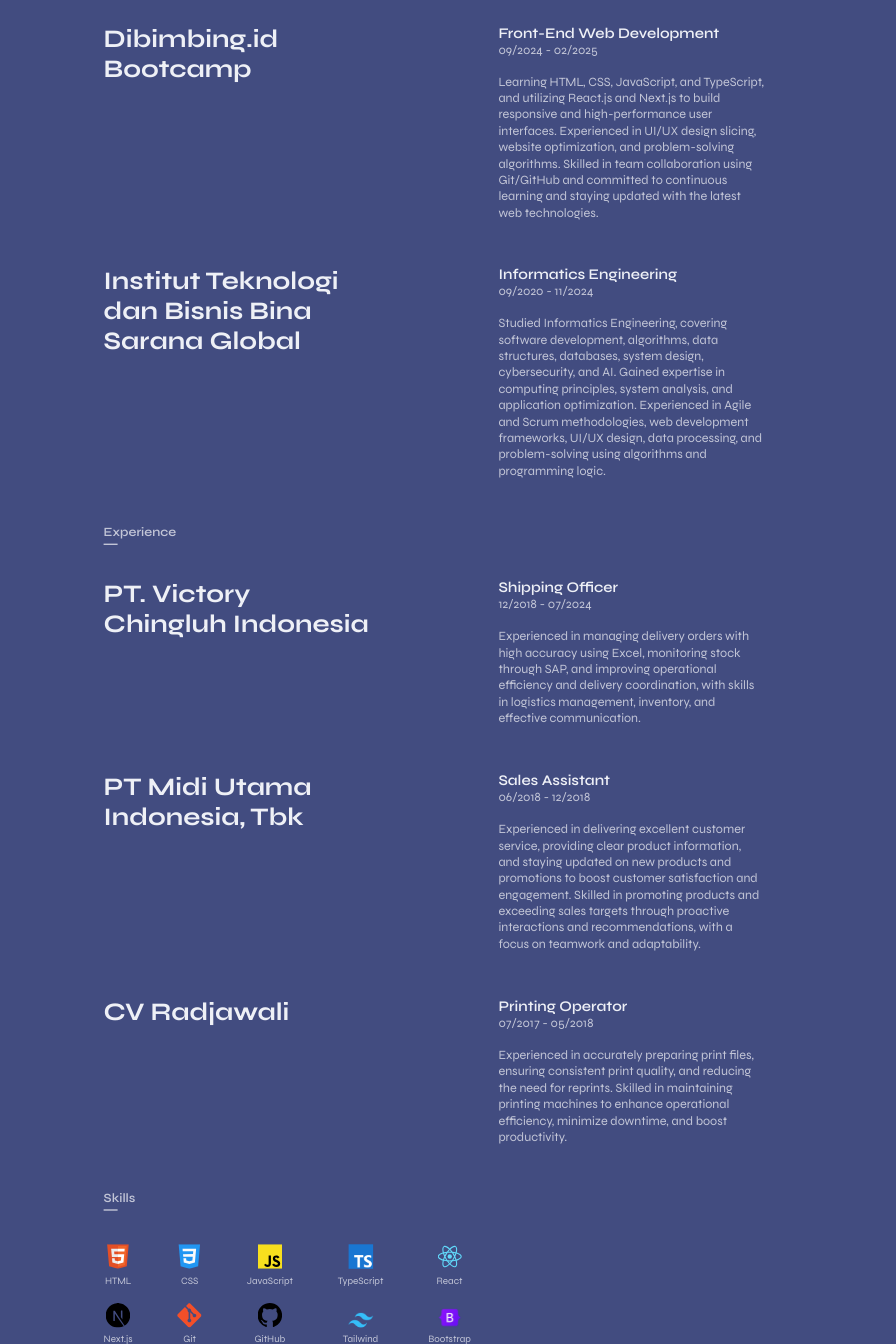
Repository: Ademaulana100499/amgrowth
Page: /
These files come from the project's save history. The page is drawn as it stood at one moment and after the next save; the edit follows.
The browser window is 1280 px wide. The pictures show the part of the page from y = 3951 to 5871 px (the page is 7757 px tall before and 7710 px after), at 70% of full size.
Some web fonts or font styles are not loaded; a fallback is used. The project was rebuilt for these pictures with package versions that can differ from the ones it lists, and the page was loaded fresh each time. Also part of the build but not shown: vite.config.js.

Above is the page before, as saved 2025-02-19 16:55:44.

### index.html
<!doctype html>
<html lang="en">
  <head>
    <meta charset="UTF-8" />
    <meta name="viewport" content="width=device-width, initial-scale=1.0" />
    <title>AMgrowth</title>
    <link rel="shortcut icon" href="/assets/img/Favicon.png" />
    <link
      href="https://cdn.jsdelivr.net/npm/remixicon/fonts/remixicon.css"
      rel="stylesheet"
    />

    <link
      rel="stylesheet"
      href="https://fonts.googleapis.com/css2?family=Kite+One&family=Oooh+Baby&family=Orelega+One&family=Poppins:ital,wght@0,100;0,200;0,300;0,400;0,500;0,600;0,700;0,800;0,900;1,100;1,200;1,300;1,400;1,500;1,600;1,700;1,800;1,900&family=Syne:wght@400..800&display=swap"
    />
  </head>
    <div id="root"></div>
    <script type="module" src="/src/main.jsx"></script>
    <script src="https://cdn.jsdelivr.net/npm/@emailjs/browser@4/dist/email.min.js"></script>
    <script src="https://unpkg.com/scrollreveal"></script>
  </body>
</html>

### src/App.jsx
import { Header } from "./components/Header";
import { Home } from "./components/Home";
import { Projects } from "./components/Projects";
import { Info } from "./components/Info";
import { Services } from "./components/Services";
import { Contact } from "./components/Contact";
import { Footer } from "./components/Footer";
import { Scroll } from "./components/Scroll";
import { Reveal } from "./components/Reveal";
function App() {
  const logo = {
    name: "AMgrowth",
    imageWhite: "/assets/img/Logo_White.png",
    imageBlack: "/assets/img/Logo_Black.png",
  };
  const navList = ["Home", "Projects", "My Info", "Services", "Contact Me"];
  const imageHome = "/assets/img/Photo.png";
  const imageInfo = "/assets/img/Photo2.png";
  const footerCopy = "© All rights reserved by Ade Maulana";
  const biodata = {
    firstName: "Ade",
    lastName: "Maulana",
    profession: "Front-End Developer",
    description:
      "With a strong passion for web development and a background in Informatics Engineering, I am transitioning into a career as a Front-End Web Developer. Skilled in HTML, CSS, JavaScript, TypeScript, React.js, and Next.js, I specialize in building responsive, high-performance, and user-friendly web applications. Experienced in UI/UX principles, state management, API integration, and website optimization, I am committed to continuous learning and delivering modern, efficient web solutions",
    cv: "/assets/pdf/CV Ade Maulana.pdf",
  };
  const projects = [
    {
      id: 1,
      title: "TandingLapang",
      description:
        "Final Project - Dibimbing Bootcamp: Tanding Lapang is a platform designed to simplify the search for sparring partners and the organization of sparring events across various sports. Built using HTML, CSS, JavaScript, Tailwind CSS, React.js, and Next.js, this project connects athletes and sports enthusiasts with sparring partners based on location and sport type. It also provides organizers with an efficient way to create and manage sparring events, ensuring a seamless experience.",
      image: "/assets/img/tandinglapang.jpg",
      link: "https://tandinglapang.vercel.app",
    },
    {
      id: 2,
      title: "Foodies",
      description:
        "Mini Project - Dibimbing Bootcamp: Foodies is a recipe website that implements CRUD functionality (Create, Read, Update, Delete) using Next.js, TypeScript, Tailwind CSS, HTML, and CSS. This project features API integration, user authentication, and server-side rendering (SSR) to enhance performance, SEO, and user experience. Users can browse, add, edit, and delete recipes easily, making it an interactive and dynamic platform for food enthusiasts.",
      image: "/assets/img/foodies.jpg",
      link: "https://foodies-delta.vercel.app",
    },
    {
      id: 3,
      title: "PeopleList",
      description:
        "Mini Project - Dibimbing Bootcamp: Peoplelist is a responsive web platform that displays a list of users using React.js and the Reqres API. Built with HTML, CSS, JavaScript, Tailwind CSS, and REST APIs, it features user registration & login, paginated user listings, and protected routes for enhanced security. This project ensures a seamless user experience while demonstrating authentication and data fetching capabilities.",
      image: "/assets/img/peoplelist.jpg",
      link: "https://peoplelist-liard.vercel.app",
    },
    {
      id: 4,
      title: "Aroma Hati",
      description:
        "Mini Project - Dibimbing Bootcamp: Aroma Hati is a promotional website designed to help local cafés establish a strong online presence. Built using HTML, CSS, and Tailwind CSS, it provides a fully responsive layout and visually appealing design to enhance branding. This platform enables cafés to showcase their menus, locations, and unique offerings, making it easier for customers to discover, explore, and connect with their favorite spots.",
      image: "/assets/img/aromahati.jpg",
      link: "https://ademaulana100499.github.io/miniprojectcaffe/index.html",
    },
    {
      id: 5,
      title: "User Dashboard",
      description:
        "Mini Project - Dibimbing Bootcamp: User Dashboard is a web application that provides an interactive interface for managing and displaying user data efficiently. Built using modern web technologies, it features keyword search, gender-based filtering, pagination, sortable table columns, and API fetching to ensure a seamless data management experience. This project enhances usability by allowing users to navigate and interact with data dynamically.",
      image: "/assets/img/userdashboard.jpg",
      link: "https://userdashboard-two.vercel.app",
    },
  ];
  const experience = [
    {
      id: 1,
      company: "PT. Victory Chingluh Indonesia",
      profession: "Shipping Officer",
      date: "12/2018 - 07/2024",
      description:
        "Experienced in managing delivery orders with high accuracy using Excel, monitoring stock through SAP, and improving operational efficiency and delivery coordination, with skills in logistics management, inventory, and effective communication.",
    },
    {
      id: 2,
      company: "PT Midi Utama Indonesia, Tbk",
      profession: "Sales Assistant",
      date: "06/2018 - 12/2018",
      description:
        "Experienced in delivering excellent customer service, providing clear product information, and staying updated on new products and promotions to boost customer satisfaction and engagement. Skilled in promoting products and exceeding sales targets through proactive interactions and recommendations, with a focus on teamwork and adaptability.",
    },
    {
      id: 3,
      company: "CV Radjawali",
      profession: "Printing Operator",
      date: "07/2017 - 05/2018",
      description:
        "Experienced in accurately preparing print files, ensuring consistent print quality, and reducing the need for reprints. Skilled in maintaining printing machines to enhance operational efficiency, minimize downtime, and boost productivity.",
    },
  ];
  const education = [
    {
      id: 1,
      university: "Dibimbing.id Bootcamp",
      major: "Front-End Web Development",
      date: "09/2024 - 02/2025",
      description:
        "Learning HTML, CSS, JavaScript, and TypeScript, and utilizing React.js and Next.js to build responsive and high-performance user interfaces. Experienced in UI/UX design slicing, website optimization, and problem-solving algorithms. Skilled in team collaboration using Git/GitHub and committed to continuous learning and staying updated with the latest web technologies.",
    },
    {
      id: 2,
      university: "Institut Teknologi dan Bisnis Bina Sarana Global",
      major: "Informatics Engineering",
      date: "09/2020 - 11/2024",
      description:
        "Studied Informatics Engineering, covering software development, algorithms, data structures, databases, system design, cybersecurity, and AI. Gained expertise in computing principles, system analysis, and application optimization. Experienced in Agile and Scrum methodologies, web development frameworks, UI/UX design, data processing, and problem-solving using algorithms and programming logic.",
    },
  ];
  const skills = [
    {
      id: 1,
      skill: "HTML",
      image: "/assets/img/html.svg",
    },
    {
      id: 2,
      skill: "CSS",
      image: "/assets/img/css.svg",
    },
    {
      id: 3,
      skill: "JavaScript",
      image: "/assets/img/javascript.svg",
    },
    {
      id: 4,
      skill: "TypeScript",
      image: "/assets/img/typescript.png",
    },
    {
      id: 4,
      skill: "React",
      image: "/assets/img/react.svg",
    },
    {
      id: 5,
      skill: "Next.js",
      image: "/assets/img/nextjs.svg",
    },
    {
      id: 6,
      skill: "Git",
      image: "/assets/img/git.svg",
    },
    {
      id: 7,
      skill: "GitHub",
      image: "/assets/img/github.svg",
    },
    {
      id: 8,
      skill: "Tailwind",
      image: "/assets/img/tailwind.png",
    },
    {
      id: 9,
      skill: "Bootstrap",
      image: "/assets/img/bootstrap.png",
    },
    {
      id: 10,
      skill: "Figma",
      image: "/assets/img/figma.svg",
    },
  ];

  const services = [
    {
      id: 1,
      title: "Web Development",
      icon: "ri-code-s-slash-line",
      description:
        "Building functional, secure, and user-friendly websites with features tailored to user needs.",
    },
    {
      id: 2,
      title: "Web Design",
      icon: "ri-pencil-ruler-2-line",
      description:
        "Designing visually appealing and professional website layouts that reflect the brand identity and provide an engaging visual experience.",
    },
    {
      id: 3,
      title: "Responsive Web Design",
      icon: "ri-layout-2-line",
      description:
        "Creating responsive websites compatible across various devices, ensuring an optimal user experience on desktops, tablets, and smartphones.",
    },
  ];
  const socialMedia = [
    {
      id: 1,
      name: "github",
      icon: "ri-github-line",
      link: "https://github.com/Ademaulana100499",
    },
    {
      id: 2,
      name: "linkedin",
      icon: "ri-linkedin-box-line",
      link: "https://www.linkedin.com/in/ademaulana-/",
    },
    {
      id: 3,
      name: "instagram",
      icon: "ri-instagram-line",
      link: "https://www.instagram.com/ade_maulana._/",
    },
  ];

  return (
    <div>
      <Header logo={logo} navList={navList} />
      <main>
        <Home imageHome={imageHome} biodata={biodata} />
        <Projects projects={projects} />
        <Info
          imageInfo={imageInfo}
          biodata={biodata}
          experience={experience}
          skills={skills}
          education={education}
        />
        <Services services={services} />
        <Contact socialMedia={socialMedia} />
        <Footer navList={navList} footerCopy={footerCopy} />
      </main>
      <Scroll />
      <Reveal />
    </div>
  );
}

export default App;

### src/components/Home/index.jsx
import "./style.css";
export const Home = (props) => {
  const { imageHome, biodata } = props;
  return (
    <section className="home section" id="home">
      <div className="container grid home__container">
        <img
          id="image_home"
          src={imageHome}
          alt="image"
          className="home__img"
        />
        <div className="home__data">
          <h1 className="home__name">
            {biodata.firstName} <br /> {biodata.lastName}
          </h1>
          <h3 className="home__profession">{biodata.profession}</h3>
        </div>
        <a href="#projects" className="home__scroll">
          <div className="home__scroll-box">
            <i className="ri-arrow-down-line"></i>
          </div>
          <span className="home__scroll-text">Recent Project</span>
        </a>
      </div>
    </section>
  );
};

### src/components/Projects/index.jsx
import "./style.css";
export const Projects = (props) => {
  const { projects } = props;
  return (
    <section className="projects section" id="projects">
      <h2 className="section__title">RECENT PROJECT</h2>
      <div className="grid container projects__container">
        {projects.map((item) => (
          <article className="project__card" key={item.id}>
            <a
              href={item.link}
              target="_blank"
              className="project__overlay"
            ></a>
            <a href={item.link} target="_blank" className="project__link">
              <h2 className="project__title">{item.title}</h2>
              <p className="project__description">{item.description}</p>
              <img src={item.image} alt="image" className="project__img" />
              <i className="ri-arrow-right-line"> </i>
            </a>
          </article>
        ))}
      </div>
    </section>
  );
};

### src/components/Services/index.jsx
import "./style.css";
export const Services = (props) => {
  const { services } = props;
  return (
    <section className="services section" id="services">
      <h2 className="section__title">SERVICES</h2>
      <div className="container grid services__container">
        {services.map((item) => (
          <article className="services__card" key={item.id}>
            <i className={`services__icon ${item.icon}`}></i>
            <h3 className="services__title">{item.title}</h3>
            <p className="services__description">{item.description}</p>
          </article>
        ))}
      </div>
    </section>
  );
};

### src/components/Footer/index.jsx
import "./style.css";
export const Footer = (props) => {
  const { navList, footerCopy } = props;
  return (
    <footer className="footer" id="footer">
      <div className="container grid footer__container">
        <ul className="footer__links">
          <li>
            <a href="#home" className="footer__link">
              {navList[0]}
            </a>
          </li>
          <li>
            <a href="#projects" className="footer__link">
              {navList[1]}
            </a>
          </li>
          <li>
            <a href="#my info" className="footer__link">
              {navList[2]}
            </a>
          </li>
        </ul>
        <span className="footer__copy">{footerCopy}</span>
      </div>
    </footer>
  );
};

### src/components/Scroll/index.jsx
import React, { useEffect } from "react";
import "./style.css";

export const Scroll = () => {
  useEffect(() => {
    const scrollUp = () => {
      const scrollUp = document.getElementById("scroll-up");
      if (window.scrollY >= 350) {
        scrollUp.classList.add("show-scroll");
      } else {
        scrollUp.classList.remove("show-scroll");
      }
    };
    window.addEventListener("scroll", scrollUp);
    return () => {
      window.removeEventListener("scroll", scrollUp);
    };
  }, []);

  return (
    <a href="#" className="scrollup" id="scroll-up">
      <i className="ri-arrow-up-line"></i>
    </a>
  );
};

### src/components/Reveal/index.jsx
import React, { useEffect } from "react";

export const Reveal = () => {
  useEffect(() => {
    const sr = ScrollReveal({
      origin: "top",
      distance: "60px",
      duration: 2500,
      delay: 400,
    });

    sr.reveal(".home__data, .experience, .skills, .contact__container");
    sr.reveal(".home__img", { delay: 500 });
    sr.reveal(".home__scroll", { delay: 700 });
    sr.reveal(".project__card, .services__card", { interval: 100 });
    sr.reveal(".about__content", { origin: "right" });
    sr.reveal(".about__img", { origin: "left" });

    return () => {
      sr.destroy();
    };
  }, []);
  return <div></div>;
};

### src/components/Theme/index.jsx
import React, { useState, useEffect } from "react";
import "./style.css";

const Theme = ({ logo, setLogoSrc }) => {
  const [isLightMode, setIsLightMode] = useState(false);

  useEffect(() => {
    const savedTheme = localStorage.getItem("lightmode");
    if (savedTheme === "active") {
      setIsLightMode(true);
    } else {
      setIsLightMode(false);
    }
  }, []);

  useEffect(() => {
    if (isLightMode) {
      document.body.classList.add("lightmode");
      localStorage.setItem("lightmode", "active");
      setLogoSrc(logo.imageBlack);
    } else {
      document.body.classList.remove("lightmode");
      localStorage.setItem("lightmode", null);
      setLogoSrc(logo.imageWhite);
    }
  }, [isLightMode, logo.imageBlack, logo.imageWhite, setLogoSrc]);

  const toggleTheme = () => {
    setIsLightMode((prevMode) => !prevMode);
  };

  return (
    <button
      id="theme-switch"
      className="theme-switch"
      onClick={toggleTheme}
      style={{ cursor: "pointer" }}
    >
      {isLightMode ? (
        <i className="ri-moon-line"></i>
      ) : (
        <i className="ri-sun-line"></i>
      )}
    </button>
  );
};

export default Theme;

### src/components/Projects/style.css
/* Projects */
.projects {
  background-color: var(--container-color);
}
.project__card {
  background-color: var(--first-color);
}
.project__img {
  width: 100%;
}
.project__link {
  display: block;
  position: relative;
  background-color: var(--body-color);
  padding: 2rem 1.5rem 1.5rem 1.5rem;
  color: var(--text-color);
  transition: transform 0.4s;
}
.project__title {
  font-size: var(--h3-font-size);
  margin-bottom: 0.75rem;
}

.project__description {
  margin-bottom: 1.5rem;
  text-align: justify;
}
.project__link i {
  position: absolute;
  top: 1.8rem;
  right: 1.5rem;
  font-size: 1.5rem;
  color: var(--first-color-light);
  transition: transform 0.4s;
}
.project__link:hover {
  transform: translateY(-0.35rem);
}

.project__link:hover i {
  transform: translateX(0.5rem);
}

/* BREAKPOINTS */

/* For medium devices */
@media screen and (min-width: 540px) {
  .projects__container {
    grid-template-columns: 350px;
    justify-content: center;
  }
}

@media screen and (min-width: 768px) {
  .projects__container {
    grid-template-columns: repeat(2, 390px);
  }
}

/* for large devices */
@media screen and (min-width: 1150px) {
  .section__title {
    margin-bottom: 4rem;
  }
  .projects__container {
    grid-template-columns: repeat(2, 540px);
    gap: 2.5rem;
  }
  .project__link {
    padding: 3rem 3rem 2rem;
  }
  .project__title {
    font-size: var(--h2-font-size);
    margin-bottom: 1rem;
  }
  .project__link i {
    font-size: 2rem;
  }
}

### src/components/Services/style.css
/* SERVICES */
.services {
  background-color: var(--container-color);
}
.services__container {
  row-gap: 2rem;
}

.services__icon {
  display: block;
  color: var(--first-color-light);
  font-size: 2rem;
  margin-bottom: 1dvb;
}

.services__title {
  font-size: var(--h3-font-size);
  margin-bottom: 0.75rem;
}

/* BREAKPOINTS */

/* For small devices */
@media screen and (max-width: 300px) {
  .container {
    margin-inline: 1rem;
  }
}

/* For medium devices */
@media screen and (min-width: 540px) {
  .services__container {
    grid-template-columns: 350px;
    justify-content: center;
  }
}

@media screen and (min-width: 768px) {
  .services__container {
    grid-template-columns: repeat(2, 320px);
  }
}

/* for large devices */
@media screen and (min-width: 1150px) {
  .container {
    margin-inline: auto;
  }
  .section {
    padding-block: 7rem 5rem;
  }
  .section__title {
    margin-bottom: 4rem;
  }

  .services__container {
    grid-template-columns: repeat(2, 350px);
    gap: 6rem 13rem;
  }
  .services__icon {
    font-size: 2.5rem;
    margin-bottom: 1.5rem;
  }
}

### src/components/Footer/style.css
/* FOOTER */
.footer {
  background-color: var(--container-color);
}

.footer__container {
  row-gap: 3rem;
  padding-block: 3rem 2rem;
}

.footer__links {
  display: flex;
  justify-content: center;
  column-gap: 2.5rem;
}
.footer__link {
  font-weight: var(--font-semi-bold);
  color: var(--title-color);
  transition: color 0.4s;
}
.footer__link:hover {
  color: var(--first-color-light);
}
.footer__copy {
  font-size: var(--small-font-size);
  color: var(--title-color);
  text-align: center;
}

/* BREAKPOINTS */

/* For small devices */
@media screen and (max-width: 300px) {
  .container {
    margin-inline: 1rem;
  }
}

/* for large devices */
@media screen and (min-width: 1150px) {
  .container {
    margin-inline: auto;
  }
  .section {
    padding-block: 7rem 5rem;
  }

  .footer__container {
    padding-block: 3rem;
    grid-template-columns: repeat(2, max-content);
    justify-content: space-between;
  }
  .footer__links {
    column-gap: 4rem;
    order: 1;
  }
  .scrollup {
    right: 3rem;
  }
}

### src/components/Scroll/style.css
/* SCROLL BAR */
::-webkit-scrollbar {
  width: 0.6rem;
  background-color: hsl(var(--hue), 20%, 20%);
}
::-webkit-scrollbar-thumb {
  background-color: hsl(var(--hue), 20%, 30%);
}
::-webkit-scrollbar-thumb:hover {
  background-color: hsl(var(--hue), 20%, 40%);
}

/* SCROLL UP */
.scrollup {
  position: fixed;
  right: 1rem;
  bottom: -50%;
  background-color: var(--container-color);
  padding: 6px;
  color: var(--title-color);
  display: inline-flex;
  font-size: 1.25rem;
  box-shadow: 0 4px 12px hsla(var(--hue), 30%, 8%, 0.3);
  z-index: var(--z-tooltip);
  transition: bottom 0.4s, transform 0.4s;
}
.scrollup:hover {
  transform: translateY(-0.5rem);
}

/* SHOW SCROLL */
.show-scroll {
  bottom: 3rem;
}

/* BREAKPOINTS */

@media screen and (min-width: 1150px) {
  .scrollup {
    right: 3rem;
  }
}

### src/components/Theme/style.css
#theme-switch {
  height: 30px;
  width: 30px;
  border-radius: 50%;
  background-color: var(--first-color-light);
  display: flex;
  justify-content: center;
  align-items: center;
}
#theme-switch:hover {
  cursor: pointer;
}
#theme-switch i {
  fill: var(--body-color);
  color: var(--text-color);
}

Loaded but not shown: src/main.jsx (common file); src/components/Header/style.css (313 lines, source omitted); src/components/Info/style.css (186 lines, source omitted); src/index.css (154 lines, source omitted); src/components/Info/index.jsx (71 lines, source omitted); src/components/Header/index.jsx (90 lines, source omitted); src/components/Home/style.css (132 lines, source omitted); src/components/Contact/index.jsx (82 lines, source omitted); src/components/Contact/style.css (119 lines, source omitted)

After the next save:
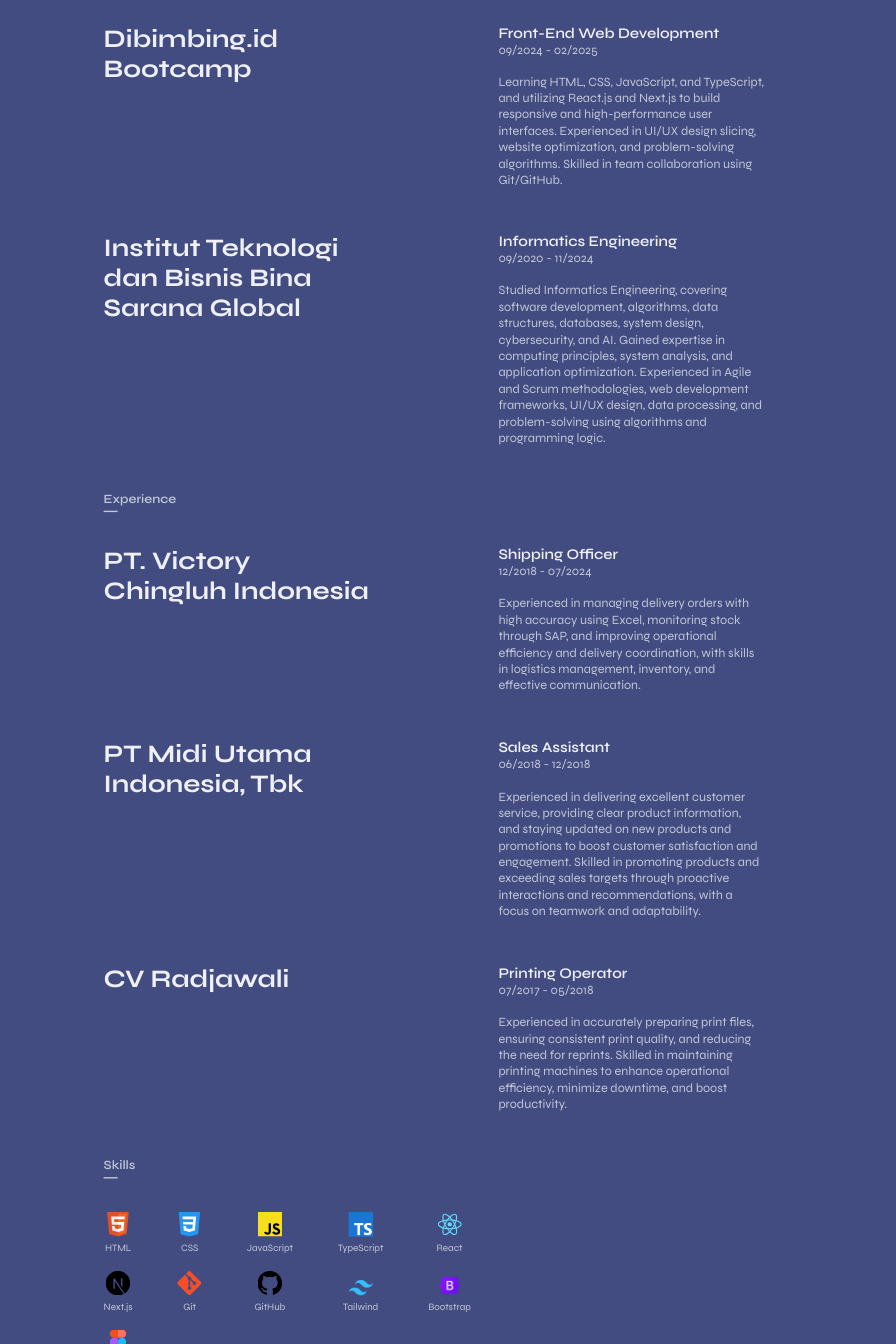
Saved 25 min 34 s later.
--- a/src/App.jsx
+++ b/src/App.jsx
@@ -100,7 +100,7 @@
       major: "Front-End Web Development",
       date: "09/2024 - 02/2025",
       description:
-        "Learning HTML, CSS, JavaScript, and TypeScript, and utilizing React.js and Next.js to build responsive and high-performance user interfaces. Experienced in UI/UX design slicing, website optimization, and problem-solving algorithms. Skilled in team collaboration using Git/GitHub and committed to continuous learning and staying updated with the latest web technologies.",
+        "Learning HTML, CSS, JavaScript, and TypeScript, and utilizing React.js and Next.js to build responsive and high-performance user interfaces. Experienced in UI/UX design slicing, website optimization, and problem-solving algorithms. Skilled in team collaboration using Git/GitHub.",
     },
     {
       id: 2,
